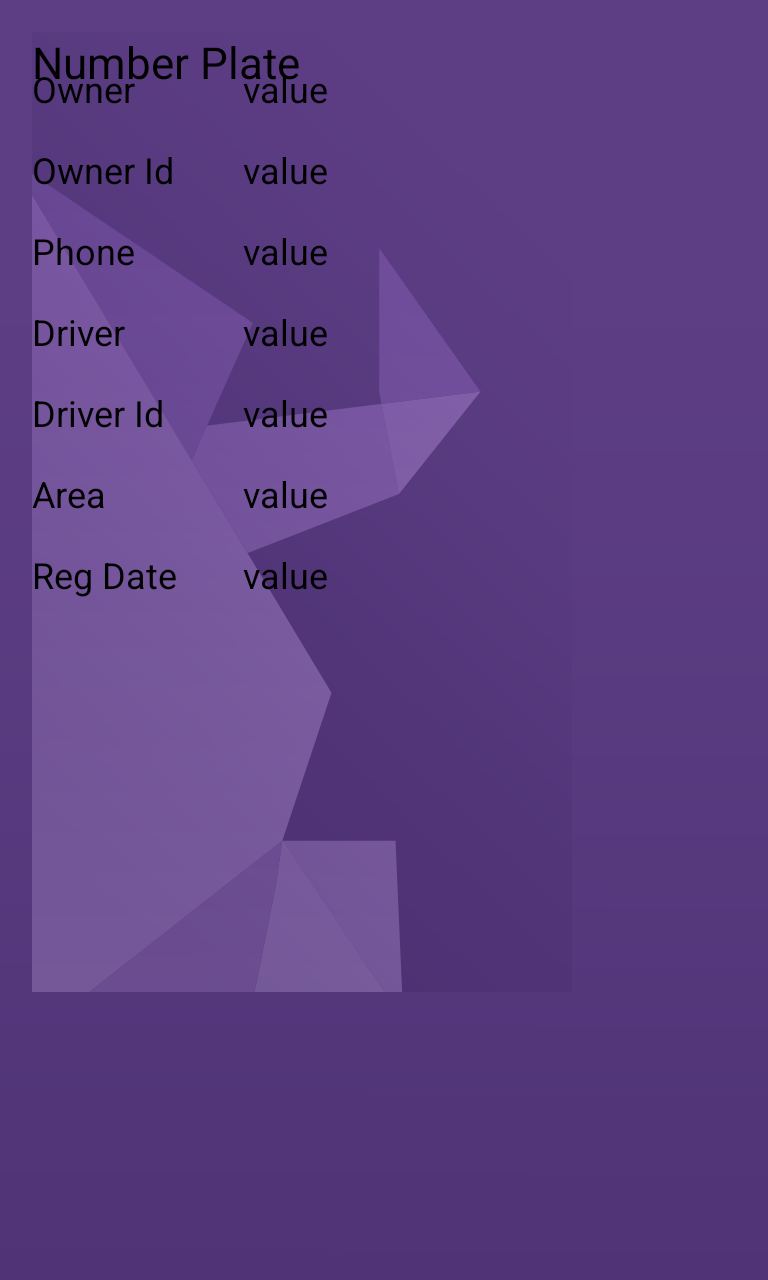
Repository: walteranyika/personal
Layout: PikiPiki/res/layout/activity_details.xml
An editor plug-in stored every save of this project. The layout is shown before and after the next save, followed by the edit.
It is drawn on a 768 x 1280 px phone screen (xhdpi) without system bars, with theme AppTheme; the app's code is not run.

Above is the layout before, as saved 2015-11-06 07:32:21.

### PikiPiki/res/layout/activity_details.xml
<RelativeLayout xmlns:android="http://schemas.android.com/apk/res/android"
    xmlns:tools="http://schemas.android.com/tools"
    android:layout_width="match_parent"
    android:layout_height="match_parent"
    tools:context=".DetailsActivity"
    android:background="@drawable/background_fill"
    android:padding="16dp" >

    <ImageView
        android:id="@+id/imageView1"
        android:layout_width="wrap_content"
        android:layout_height="match_parent"
        android:layout_alignParentLeft="true"
        android:layout_alignParentTop="true"
        android:scaleType="fitStart"
        android:contentDescription="@string/background_image"
        android:src="@drawable/background" />

    <TextView
        android:id="@+id/textView1"
        android:layout_width="match_parent"
        android:layout_height="wrap_content"
        android:layout_alignRight="@+id/imageView1"
        android:text="@string/number_plate"
        android:layout_marginBottom="24dp"
        android:textAppearance="?android:attr/textAppearanceLarge" />

    <LinearLayout
        android:id="@+id/linearLayout1"
        android:layout_width="fill_parent"
        android:layout_height="wrap_content"
        android:layout_marginTop="16dp" >

        <TextView
            android:id="@+id/textView2"
            android:layout_width="0dp"
            android:layout_weight="0.3"
            android:layout_height="wrap_content"
            android:text="@string/owner"
            android:textAppearance="?android:attr/textAppearanceMedium" />

        <TextView
            android:id="@+id/tvOwnerName"
            android:layout_width="0dp"
            android:layout_height="wrap_content"
            android:layout_weight="0.7"
            android:text="@string/empty_string"
            android:textAppearance="?android:attr/textAppearanceMedium" />
    </LinearLayout>

    <LinearLayout
        android:id="@+id/LinearLayout01"
        android:layout_width="fill_parent"
        android:layout_height="wrap_content"
        android:layout_alignParentLeft="true"
        android:layout_below="@+id/linearLayout1"
        android:layout_marginTop="16dp" >

        <TextView
            android:id="@+id/TextView01"
            android:layout_width="0dp"
            android:layout_height="wrap_content"
            android:layout_weight="0.3"
            android:text="@string/owner_id"
            android:textAppearance="?android:attr/textAppearanceMedium" />

        <TextView
            android:id="@+id/tvOwnerId"
            android:layout_width="0dp"
            android:layout_height="wrap_content"
            android:layout_weight="0.7"
            android:text="@string/empty_string"
            android:textAppearance="?android:attr/textAppearanceMedium" />
    </LinearLayout>

    <LinearLayout
        android:id="@+id/LinearLayout02"
        android:layout_width="fill_parent"
        android:layout_height="wrap_content"
        android:layout_alignParentLeft="true"
        android:layout_below="@+id/LinearLayout01"
        android:layout_marginTop="16dp" >

        <TextView
            android:id="@+id/TextView03"
            android:layout_width="0dp"
            android:layout_height="wrap_content"
            android:layout_weight="0.3"
            android:text="@string/phone"
            android:textAppearance="?android:attr/textAppearanceMedium" />

        <TextView
            android:id="@+id/tvPhone"
            android:layout_width="0dp"
            android:layout_height="wrap_content"
            android:layout_weight="0.7"
            android:text="@string/empty_string"
            android:textAppearance="?android:attr/textAppearanceMedium" />
    </LinearLayout>

    <LinearLayout
        android:id="@+id/LinearLayout03"
        android:layout_width="fill_parent"
        android:layout_height="wrap_content"
        android:layout_alignParentLeft="true"
        android:layout_below="@+id/LinearLayout02"
        android:layout_marginTop="16dp" >

        <TextView
            android:id="@+id/TextView05"
            android:layout_width="0dp"
            android:layout_height="wrap_content"
            android:layout_weight="0.3"
            android:text="@string/driver"
            android:textAppearance="?android:attr/textAppearanceMedium" />

        <TextView
            android:id="@+id/tvDriverName"
            android:layout_width="0dp"
            android:layout_height="wrap_content"
            android:layout_weight="0.7"
            android:text="@string/empty_string"
            android:textAppearance="?android:attr/textAppearanceMedium" />
    </LinearLayout>

    <LinearLayout
        android:id="@+id/LinearLayout04"
        android:layout_width="fill_parent"
        android:layout_height="wrap_content"
        android:layout_alignParentLeft="true"
        android:layout_below="@+id/LinearLayout03"
        android:layout_marginTop="16dp" >

        <TextView
            android:id="@+id/TextView07"
            android:layout_width="0dp"
            android:layout_height="wrap_content"
            android:layout_weight="0.3"
            android:text="@string/driver_id"
            android:textAppearance="?android:attr/textAppearanceMedium" />

        <TextView
            android:id="@+id/tvDriverId"
            android:layout_width="0dp"
            android:layout_height="wrap_content"
            android:layout_weight="0.7"
            android:text="@string/empty_string"
            android:textAppearance="?android:attr/textAppearanceMedium" />
    </LinearLayout>

    <LinearLayout
        android:id="@+id/LinearLayout05"
        android:layout_width="fill_parent"
        android:layout_height="wrap_content"
        android:layout_alignParentLeft="true"
        android:layout_below="@+id/LinearLayout04"
        android:layout_marginTop="16dp">

        <TextView
            android:id="@+id/TextView09"
            android:layout_width="0dp"
            android:layout_height="wrap_content"
            android:layout_weight="0.3"
            android:text="@string/area"
            android:textAppearance="?android:attr/textAppearanceMedium" />

        <TextView
            android:id="@+id/tvAreaOperation"
            android:layout_width="0dp"
            android:layout_height="wrap_content"
            android:layout_weight="0.7"
            android:text="@string/empty_string"
            android:textAppearance="?android:attr/textAppearanceMedium" />
    </LinearLayout>

    <LinearLayout
        android:id="@+id/LinearLayout06"
        android:layout_width="fill_parent"
        android:layout_height="wrap_content"
        android:layout_alignParentLeft="true"
        android:layout_below="@+id/LinearLayout05"
        android:layout_marginTop="16dp" >

        <TextView
            android:id="@+id/TextView11"
            android:layout_width="0dp"
            android:layout_height="wrap_content"
            android:layout_weight="0.3"
            android:text="@string/reg_date"
            android:textAppearance="?android:attr/textAppearanceMedium" />

        <TextView
            android:id="@+id/tvDate"
            android:layout_width="0dp"
            android:layout_height="wrap_content"
            android:layout_weight="0.7"
            android:text="@string/empty_string"
            android:textAppearance="?android:attr/textAppearanceMedium" />
    </LinearLayout>

</RelativeLayout>

### PikiPiki/res/values/themes_apptheme.xml
<?xml version="1.0" encoding="utf-8"?>

<!-- Generated with http://android-holo-colors.com -->
<resources xmlns:android="http://schemas.android.com/apk/res/android">

  <style name="AppTheme" parent="@style/_AppTheme"/>

  <style name="_AppTheme" parent="android:Theme.Holo.Light">

    <item name="android:editTextBackground">@drawable/apptheme_edit_text_holo_light</item>

    <item name="android:buttonStyle">@style/ButtonAppTheme</item>

    <item name="android:imageButtonStyle">@style/ImageButtonAppTheme</item>

  </style>

</resources>

### PikiPiki/res/values/styles_apptheme.xml
<?xml version="1.0" encoding="utf-8"?>

<!-- Generated with http://android-holo-colors.com -->
<resources xmlns:android="http://schemas.android.com/apk/res/android">

  <style name="ButtonAppTheme" parent="android:Widget.Holo.Light.Button">
	  <item name="android:background">@drawable/apptheme_btn_default_holo_light</item>
  </style>

  <style name="ImageButtonAppTheme" parent="android:Widget.Holo.Light.ImageButton">
	  <item name="android:background">@drawable/apptheme_btn_default_holo_light</item>
  </style>

</resources>

### PikiPiki/res/drawable/apptheme_btn_default_holo_light.xml
<?xml version="1.0" encoding="utf-8"?>

<selector xmlns:android="http://schemas.android.com/apk/res/android">
    <item android:state_window_focused="false" android:state_enabled="true"
        android:drawable="@drawable/apptheme_btn_default_normal_holo_light" />
    <item android:state_window_focused="false" android:state_enabled="false"
        android:drawable="@drawable/apptheme_btn_default_disabled_holo_light" />
    <item android:state_pressed="true"
        android:drawable="@drawable/apptheme_btn_default_pressed_holo_light" />
    <item android:state_focused="true" android:state_enabled="true"
        android:drawable="@drawable/apptheme_btn_default_focused_holo_light" />
    <item android:state_enabled="true"
        android:drawable="@drawable/apptheme_btn_default_normal_holo_light" />
    <item android:state_focused="true"
        android:drawable="@drawable/apptheme_btn_default_disabled_focused_holo_light" />
    <item
         android:drawable="@drawable/apptheme_btn_default_disabled_holo_light" />
</selector>

### PikiPiki/res/values/strings.xml
<?xml version="1.0" encoding="utf-8"?>
<resources>

    <string name="app_name">PikiPiki</string>
    <string name="action_settings">Settings</string>
    <string name="motorbike">Motor Bike</string>
    <string name="sync">Sync</string>
    <string name="phone">Phone</string>
    <string name="_0734567843">Phone</string>
    <string name="area">Area</string>
    <string name="reg_date">Reg Date</string>
    <string name="driver_id">Driver Id</string>
    <string name="driver">Driver</string>
    <string name="owner">Owner</string>
    <string name="owner_id">Owner Id</string>
    <string name="search">Search</string>
    <string name="bike_reg_number">Bike Reg Number</string>
    <string name="back_ground_image">Back Ground Image</string>
    <string name="title_activity_details">DetailsActivity</string>
    <string name="hello_world">Hello world!</string>
    <string name="background_image">Background Image</string>
    <string name="empty_string">value</string>
    <string name="number_plate">Number Plate</string>

</resources>

Loaded but not shown: PikiPiki/res/values/styles.xml (common file); PikiPiki/res/drawable/apptheme_edit_text_holo_light.xml (common file); PikiPiki/res/values-v11/styles.xml (common file); PikiPiki/res/values-v14/styles.xml (common file)

After the next save:
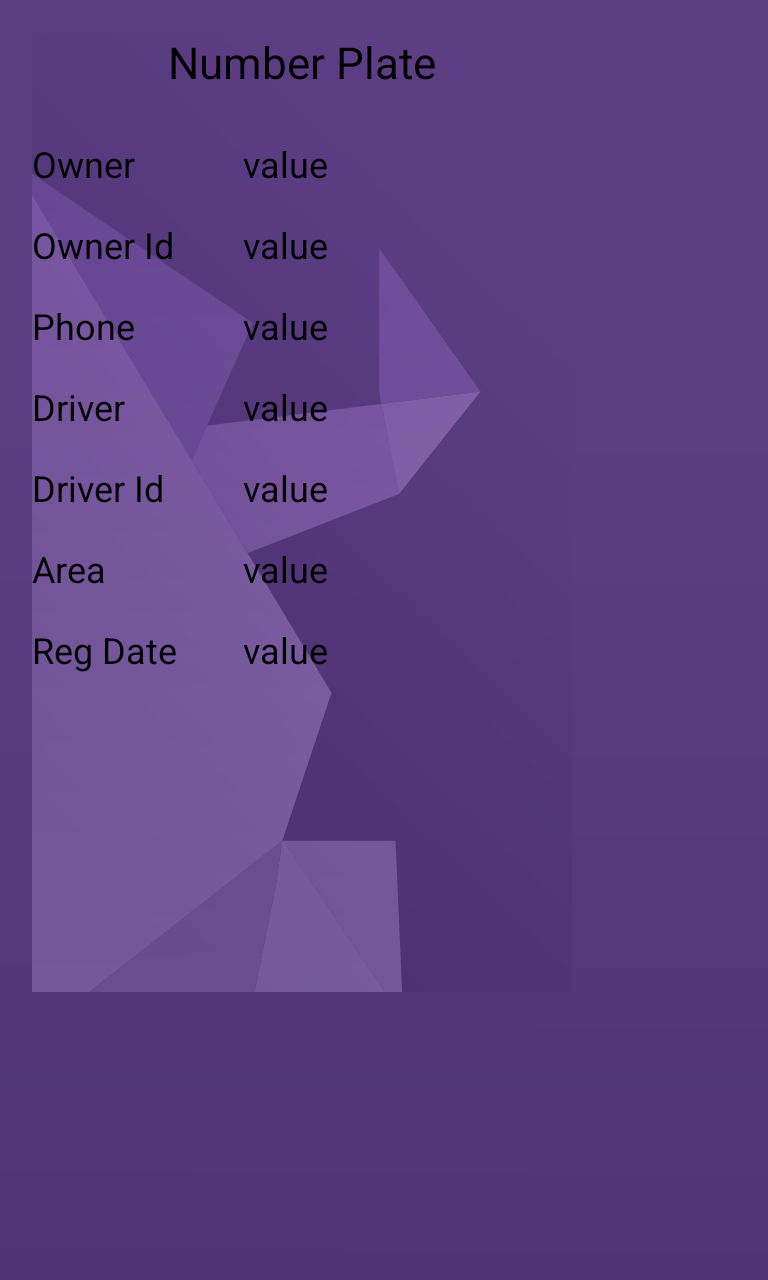
Saved 51 s later.
--- a/PikiPiki/res/layout/activity_details.xml
+++ b/PikiPiki/res/layout/activity_details.xml
@@ -23,30 +23,8 @@
         android:layout_alignRight="@+id/imageView1"
         android:text="@string/number_plate"
         android:layout_marginBottom="24dp"
+        android:gravity="center_horizontal"
         android:textAppearance="?android:attr/textAppearanceLarge" />
-
-    <LinearLayout
-        android:id="@+id/linearLayout1"
-        android:layout_width="fill_parent"
-        android:layout_height="wrap_content"
-        android:layout_marginTop="16dp" >
-
-        <TextView
-            android:id="@+id/textView2"
-            android:layout_width="0dp"
-            android:layout_weight="0.3"
-            android:layout_height="wrap_content"
-            android:text="@string/owner"
-            android:textAppearance="?android:attr/textAppearanceMedium" />
-
-        <TextView
-            android:id="@+id/tvOwnerName"
-            android:layout_width="0dp"
-            android:layout_height="wrap_content"
-            android:layout_weight="0.7"
-            android:text="@string/empty_string"
-            android:textAppearance="?android:attr/textAppearanceMedium" />
-    </LinearLayout>
 
     <LinearLayout
         android:id="@+id/LinearLayout01"
@@ -198,4 +176,28 @@
             android:textAppearance="?android:attr/textAppearanceMedium" />
     </LinearLayout>
 
+    <LinearLayout
+        android:id="@+id/linearLayout1"
+        android:layout_width="fill_parent"
+        android:layout_height="wrap_content"
+        android:layout_alignLeft="@+id/imageView1"
+        android:layout_below="@+id/textView1" >
+
+        <TextView
+            android:id="@+id/textView2"
+            android:layout_width="0dp"
+            android:layout_height="wrap_content"
+            android:layout_weight="0.3"
+            android:text="@string/owner"
+            android:textAppearance="?android:attr/textAppearanceMedium" />
+
+        <TextView
+            android:id="@+id/tvOwnerName"
+            android:layout_width="0dp"
+            android:layout_height="wrap_content"
+            android:layout_weight="0.7"
+            android:text="@string/empty_string"
+            android:textAppearance="?android:attr/textAppearanceMedium" />
+    </LinearLayout>
+
 </RelativeLayout>
